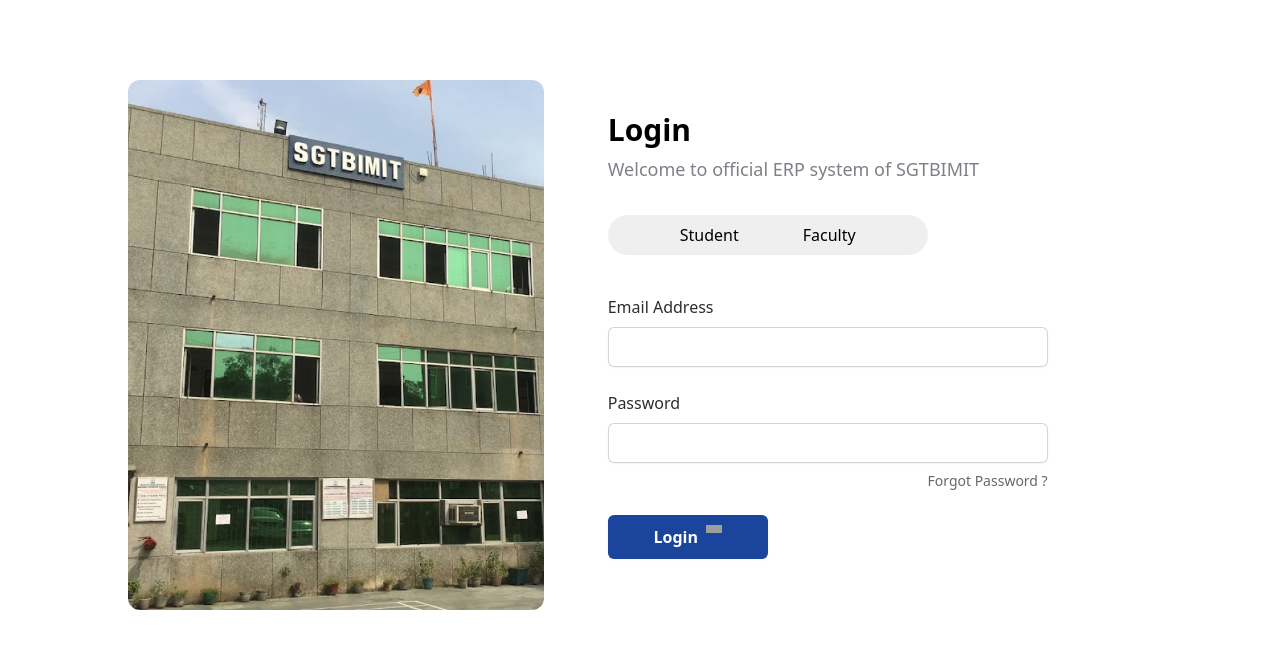
Repository: SehajBindra/SGTBIMIT-ERP-Client
Page: /StudentLogin
These files come from the project's save history. The page is drawn as it stood at one moment and after the next save; the edit follows.
The browser window is 1280 px wide. The pictures show the whole page.
Pictures or frames that could not be fetched are drawn as grey boxes. The project was rebuilt for these pictures with package versions that can differ from the ones it lists, and the page was loaded fresh each time. Also part of the build but not shown: src/LOGIN/Login.js, src/LOGIN/FACULTY/FacultyLogin.js, src/STUDENT_PAGE/StuBody.js, src/STUDENT_PAGE/StuSidebar.js, src/STUDENT_PAGE/StuHeader.js, src/STUDENT_PAGE/StudentHome.js, src/FACULTY_PAGE/FacBody.js, src/FACULTY_PAGE/FacHeader.js and 2 more.

Above is the page before, as saved 2023-05-14 16:51:14.

After the next save:
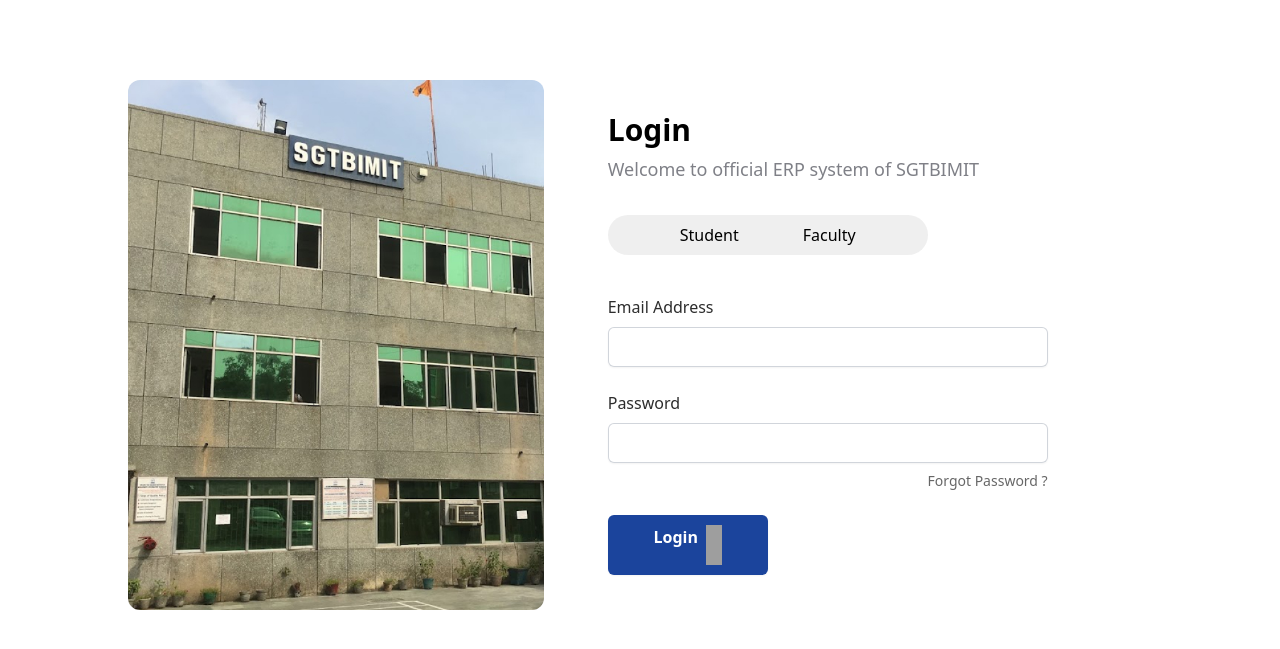
Saved 8 s later.
--- a/src/LOGIN/STUDENT/StudentLogin.js
+++ b/src/LOGIN/STUDENT/StudentLogin.js
@@ -94,7 +94,7 @@
                 >
                   Login
                   <img
-                    className="h-2 w-4 object-cover ml-2"
+                    className="h-10 w-4 object-cover ml-2"
                     src="/right.png"
                     alt=""
                   />
